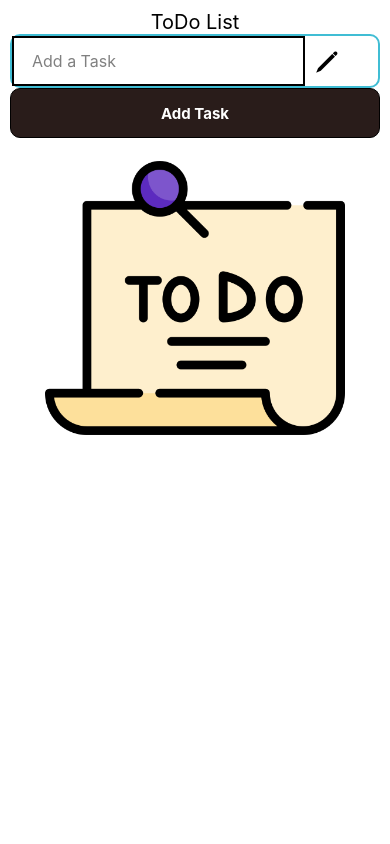
Repository: raisingh22/Projects
Screen: /
The author's editor kept a copy of each file at every save. The screen is drawn from the files as they stood at one save, then again after the next save.
The app was drawn by React Native's web renderer in a window 390 px wide. The project was rebuilt for these pictures with package versions that can differ from the ones it lists, and the page was loaded fresh each time.

Above is the screen before, as saved 2024-01-22 14:08:49.

After the next save:
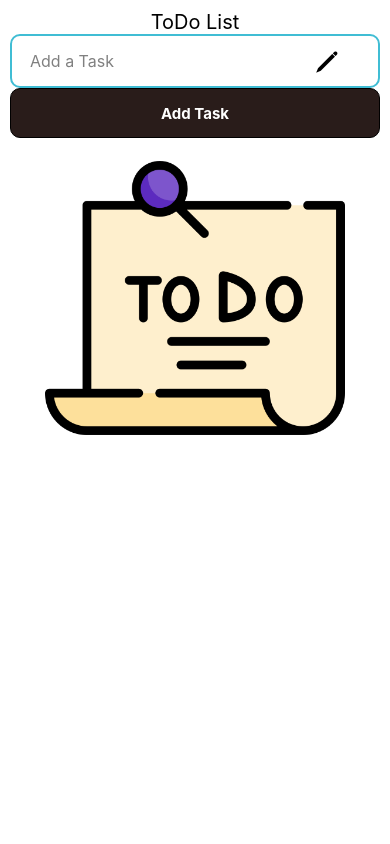
Saved 12 s later.
--- a/src/ToDoList/screens/ToDo.js
+++ b/src/ToDoList/screens/ToDo.js
@@ -174,7 +174,7 @@ const styles = StyleSheet.create({
     width: '80%',
     height: 50,
     // marginVertical: 20,
-    borderWidth: 2,
+    // borderWidth: 2,
     paddingVertical: 14,
     paddingHorizontal: 18,
     fontSize: 16,
